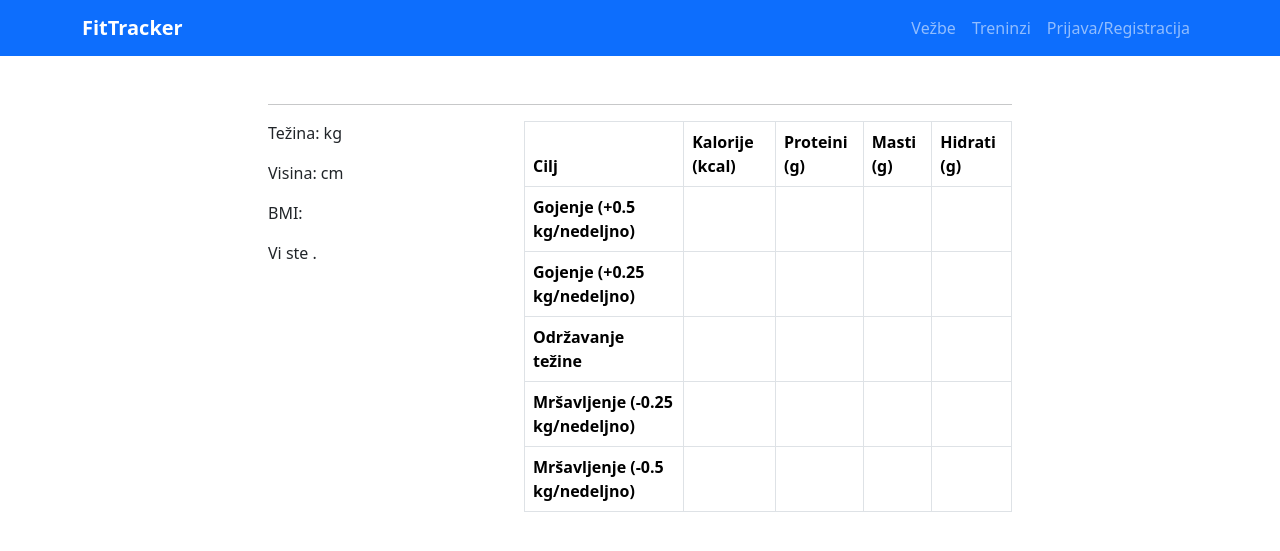
Repository: M1K1B/FitTracker
Page: http://localhost/FitTrackerWeb/profil.jsp
An editor plug-in stored every save of this project. The page is shown before and after the next save, followed by the edit.
The browser window is 1280 px wide. The pictures show the whole page.
The page is served by Tomcat 9. Other server files are loaded and not shown. The template is opened directly, without the code that normally fills it, so the values that code supplies are empty.

Above is the page before, as saved 2024-02-02 11:26:14.

### FitTrackerWeb/src/main/webapp/profil.jsp
<%@ page language="java" contentType="text/html; charset=UTF-8"
	pageEncoding="UTF-8"%>
<%@ taglib prefix="c" uri="http://java.sun.com/jsp/jstl/core"%>
<%@ taglib prefix="fn" uri="http://java.sun.com/jsp/jstl/functions"%>

<!DOCTYPE html>
<html>
<head>
<meta charset="UTF-8">
<meta name="viewport"
	content="width=device-width, initial-scale=1, shrink-to-fit=no">
<!-- Bootstrap CSS - Include the CSS file or use a CDN link -->
<link
	href="https://cdn.jsdelivr.net/npm/bootstrap@5.3.2/dist/css/bootstrap.min.css"
	rel="stylesheet"
	integrity="sha384-T3c6CoIi6uLrA9TneNEoa7RxnatzjcDSCmG1MXxSR1GAsXEV/Dwwykc2MPK8M2HN"
	crossorigin="anonymous">

<style>
.card {
	text-decoration: none;
}

.card:hover {
	background-color: #fafafa;
	cursor: pointer;
}
</style>
</head>
<body>
	<%@include file="header.jsp"%>

	<div class="container mt-5">
		<div class="col-8 mx-auto">
			<h3 class="h3">${ korisnik.ime } ${ korisnik.prezime }</h3>
			<p>${ korisnik.email }</p>
			<hr>
			<div class="row">
				<div class="col-4">
					<p>Težina: ${ korisnik.tezina } kg</p>
					<p>Visina: ${ korisnik.visina } cm</p>
					<p>BMI: ${ korisnik.bmi }</p>
					<p>Vi ste <span class="text-decoration-underline">${ korisnik.status }</span>.</p>
				</div>
				<div class="col-8">

					<table class="table table-bordered">
						<thead>
							<tr>
								<th scope="col">Cilj</th>
								<th scope="col">Kalorije (kcal)</th>
								<th scope="col">Proteini (g)</th>
								<th scope="col">Masti (g)</th>
								<th scope="col">Hidrati (g)</th>
							</tr>
						</thead>
						<tbody>
							<tr>
								<th scope="row">Gojenje (+0.5 kg/nedeljno)</th>
								<td>${ korisnik.macros[0][0] }</td>
								<td>${ korisnik.macros[0][1] }</td>
								<td>${ korisnik.macros[0][2] }</td>
								<td>${ korisnik.macros[0][3] }</td>
							</tr>
							<tr>
								<th scope="row">Gojenje (+0.25 kg/nedeljno)</th>
								<td>${ korisnik.macros[1][0] }</td>
								<td>${ korisnik.macros[1][1] }</td>
								<td>${ korisnik.macros[1][2] }</td>
								<td>${ korisnik.macros[1][3] }</td>
							</tr>
							<tr>
								<th scope="row">Održavanje težine</th>
								<td>${ korisnik.macros[2][0] }</td>
								<td>${ korisnik.macros[2][1] }</td>
								<td>${ korisnik.macros[2][2] }</td>
								<td>${ korisnik.macros[2][3] }</td>
							</tr>
							<tr>
								<th scope="row">Mršavljenje (-0.25 kg/nedeljno)</th>
								<td>${ korisnik.macros[3][0] }</td>
								<td>${ korisnik.macros[3][1] }</td>
								<td>${ korisnik.macros[3][2] }</td>
								<td>${ korisnik.macros[3][3] }</td>
							</tr>
							<tr>
								<th scope="row">Mršavljenje (-0.5 kg/nedeljno)</th>
								<td>${ korisnik.macros[4][0] }</td>
								<td>${ korisnik.macros[4][1] }</td>
								<td>${ korisnik.macros[4][2] }</td>
								<td>${ korisnik.macros[4][3] }</td>
							</tr>
						</tbody>
					</table>
				</div>
			</div>

		</div>
	</div>

	<!-- Your Content Goes Here -->
	<script
		src="https://cdn.jsdelivr.net/npm/bootstrap@5.3.2/dist/js/bootstrap.bundle.min.js"
		integrity="sha384-C6RzsynM9kWDrMNeT87bh95OGNyZPhcTNXj1NW7RuBCsyN/o0jlpcV8Qyq46cDfL"
		crossorigin="anonymous"></script>
</body>
</html>

### FitTrackerWeb/src/main/webapp/header.jsp
<%@ page language="java" contentType="text/html; charset=UTF-8"
	pageEncoding="UTF-8"%>
<!DOCTYPE html>
<html>
<head>
<meta charset="UTF-8">
<meta name="viewport"
	content="width=device-width, initial-scale=1, shrink-to-fit=no">
<!-- Bootstrap CSS - Include the CSS file or use a CDN link -->
<link
	href="https://cdn.jsdelivr.net/npm/bootstrap@5.3.2/dist/css/bootstrap.min.css"
	rel="stylesheet"
	integrity="sha384-T3c6CoIi6uLrA9TneNEoa7RxnatzjcDSCmG1MXxSR1GAsXEV/Dwwykc2MPK8M2HN"
	crossorigin="anonymous">
</head>
<body>

	<!-- Bootstrap Navbar -->
	<nav class="navbar navbar-dark navbar-expand-lg bg-primary">
		<div class="container">
			<a class="navbar-brand" href="#"><strong>FitTracker</strong></a>
			<button class="navbar-toggler" type="button"
				data-bs-toggle="collapse" data-bs-target="#navbarSupportedContent"
				aria-controls="navbarSupportedContent" aria-expanded="false"
				aria-label="Toggle navigation">
				<span class="navbar-toggler-icon"></span>
			</button>
			<div class="collapse navbar-collapse" id="navbarSupportedContent">
				<ul class="navbar-nav ms-auto mb-2 mb-lg-0">
					<li class="nav-item"><a class="nav-link"
						aria-current="page" href="/FitTracker/vezbe/sveVezbe">Vežbe</a></li>
					<li class="nav-item"><a class="nav-link"
						href="/FitTracker/treninzi/sviTreninzi">Treninzi</a></li>
					<c:if test="${pageContext.request.userPrincipal.name == null}">
					<li class="nav-item"><a class="nav-link"
						href="/FitTracker/login">Prijava/Registracija</a></li>

					</c:if>
					<c:if test="${pageContext.request.userPrincipal.name != null}">
						<li class="nav-item dropdown">
					<a
						class="nav-link dropdown-toggle" href="#" role="button"
						data-bs-toggle="dropdown" aria-expanded="false">

						${ pageContext.request.userPrincipal.name }
					</a>
						<ul class="dropdown-menu">
							<li><a class="dropdown-item"
								href="/FitTracker/profil">Moj profil</a></li>
							<li><hr class="dropdown-divider"></li>
							<li><a class="dropdown-item text-danger"
								href="/FitTracker/logout">Izlogujte se</a></li>
						</ul></li>
					</c:if>

			</div>
		</div>
	</nav>

	<!-- Your Content Goes Here -->
	<!-- <script src="https://cdn.jsdelivr.net/npm/bootstrap@5.3.2/dist/js/bootstrap.bundle.min.js" integrity="sha384-C6RzsynM9kWDrMNeT87bh95OGNyZPhcTNXj1NW7RuBCsyN/o0jlpcV8Qyq46cDfL" crossorigin="anonymous"></script> -->
</body>
</html>

After the next save:
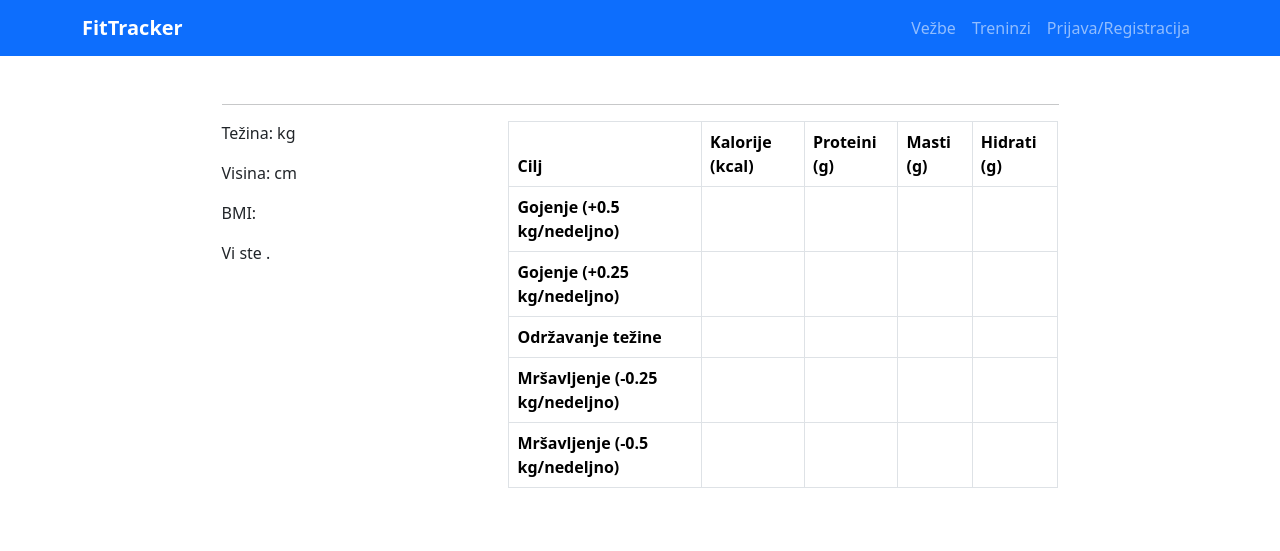
Saved 21 s later.
--- a/FitTrackerWeb/src/main/webapp/profil.jsp
+++ b/FitTrackerWeb/src/main/webapp/profil.jsp
@@ -31,7 +31,7 @@
 	<%@include file="header.jsp"%>
 
 	<div class="container mt-5">
-		<div class="col-8 mx-auto">
+		<div class="col-9 mx-auto">
 			<h3 class="h3">${ korisnik.ime } ${ korisnik.prezime }</h3>
 			<p>${ korisnik.email }</p>
 			<hr>
